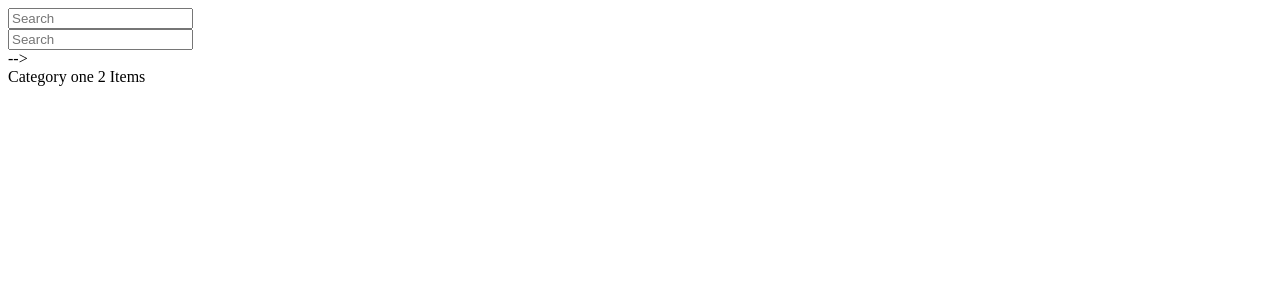
Repository: dvbondoy/peddler-pos
Page: www/product/templates/categories.html
An editor plug-in stored every save of this project. The page is shown before and after the next save, followed by the edit.
The browser window is 1280 px wide. The pictures show the whole page.

Above is the page before, as saved 2016-12-05 22:49:55.

### www/product/templates/categories.html
<ion-view>
  <div class="bar bar-subheader item-input-inset">
    <label class="item-input-wrapper">
      <i class="icon ion-ios-search placeholder-icon"></i>
      <input type="search" placeholder="Search">
    </label>
      <!--<h2 class="title">Sub Header</h2>-->
    </div>
  <ion-content class="has-subheader">

    <!--<div class="padding">
      <!-- Search form -->
      <div class="item-input-inset">
        <label class="item-input-wrapper">
          <i class="icon ion-ios-search placeholder-icon"></i>
          <input type="search" placeholder="Search">
        </label>
      </div>
    </div>-->
    <div class="padding">
      <ion-list>
        <ion-item class="item-icon-right">
          <div>
            <span>Category one</span>
            <span class="pull-right">2 Items</span>
          </div>
          <i class="icon ion-chevron-right"></i>
        </ion-item>
      </ion-list>
    </div>
  </ion-content>
</ion-view>

After the next save:
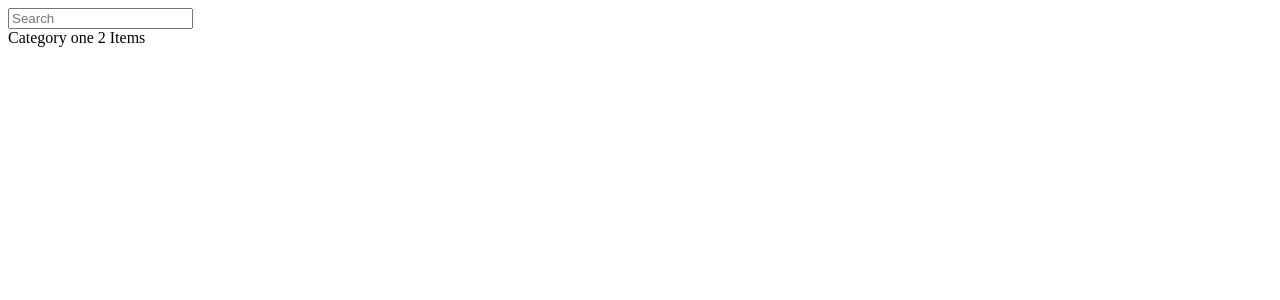
Saved 19 s later.
--- a/www/product/templates/categories.html
+++ b/www/product/templates/categories.html
@@ -8,15 +8,6 @@
     </div>
   <ion-content class="has-subheader">
 
-    <!--<div class="padding">
-      <!-- Search form -->
-      <div class="item-input-inset">
-        <label class="item-input-wrapper">
-          <i class="icon ion-ios-search placeholder-icon"></i>
-          <input type="search" placeholder="Search">
-        </label>
-      </div>
-    </div>-->
     <div class="padding">
       <ion-list>
         <ion-item class="item-icon-right">
